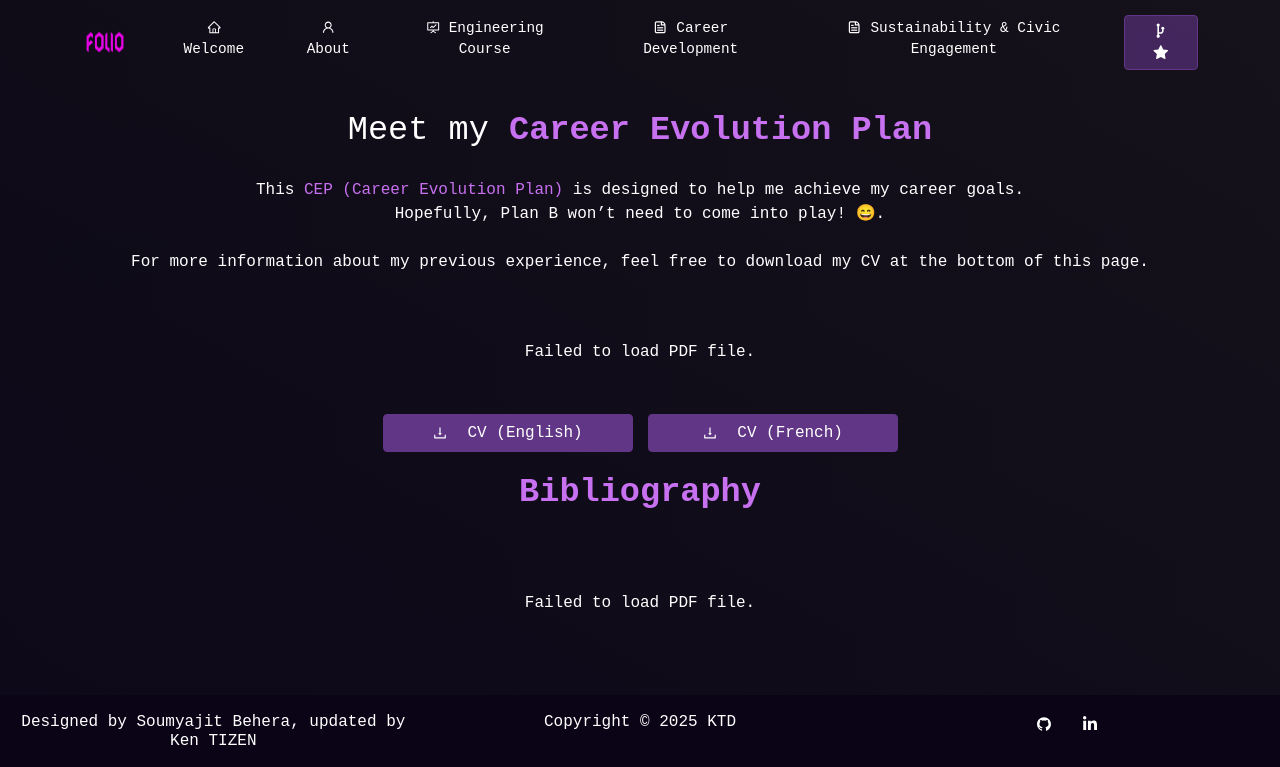
Repository: KenTizen17/ktdportfolio
Page: /resume
These files come from the project's save history. The page is drawn as it stood at one moment and after the next save; the edit follows.
The browser window is 1280 px wide. The pictures show the whole page.
Some web fonts or font styles are not loaded; a fallback is used. The project was rebuilt for these pictures with package versions that can differ from the ones it lists, and the page was loaded fresh each time. Also part of the build but not shown: src/components/Home/Home2.js, src/components/Home/Type.js, src/components/Home/Home.js, src/components/About/Github.js, src/components/About/Techstack.js, src/components/About/AboutCard.js, src/components/About/Toolstack.js, src/components/About/About.js and 5 more. Imported but missing from the stored project, and not drawn on this page: src/Assets/CVKEN.pdf, src/Assets/CVKENFrench1.pdf, src/Assets/Ken-CEPBibliography.pdf, src/Assets/Ken_TIZEN-CEP.pdf.

Above is the page before, as saved 2025-11-30 18:55:06.

After the next save:
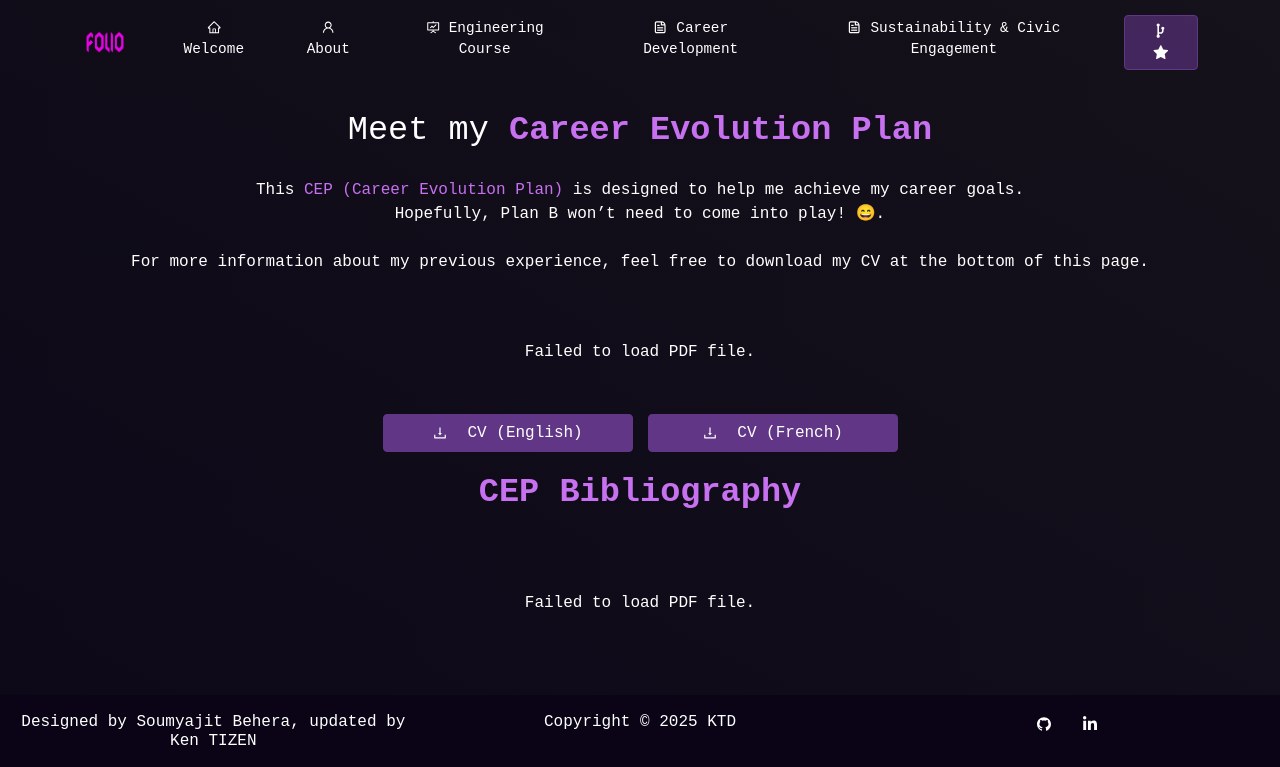
Saved 24 s later.
--- a/src/components/Resume/ResumeNew.js
+++ b/src/components/Resume/ResumeNew.js
@@ -76,7 +76,7 @@ function ResumeNew() {
         </Row>
 
         <h1 style={{ fontSize: "2.1em", paddingBottom: "20px" }}>
-               <strong className="purple">Bibliography</strong>
+               <strong className="purple">CEP Bibliography</strong>
         </h1>
 
         <Row className="resume">
